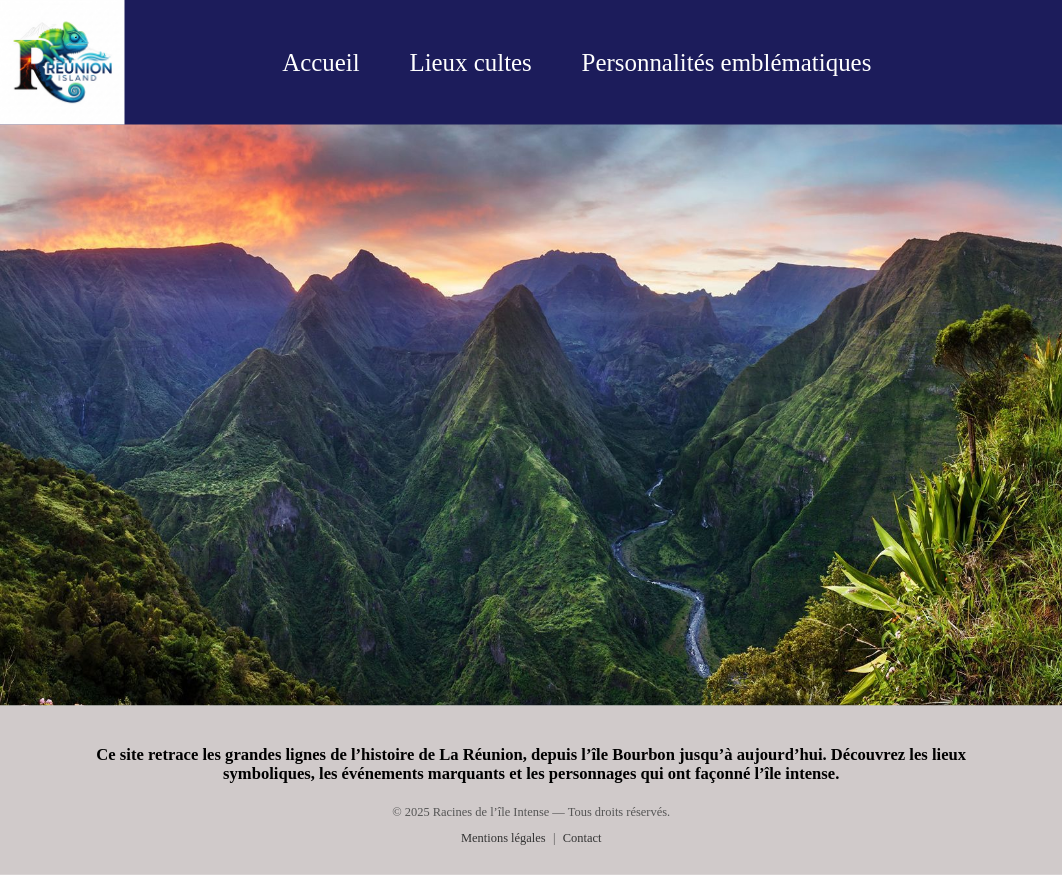
Repository: racinesintense974/Racines-de-lile-intense
Page: mafate.html
The author's editor kept a copy of each file at every save. The page is drawn from the files as they stood at one save, then again after a run of saves.
The browser window is 1280 px wide. The pictures show the whole page, at 83% of full size.

Above is the page before, as saved 2026-01-29 13:54:13.

After the next 2 saves:
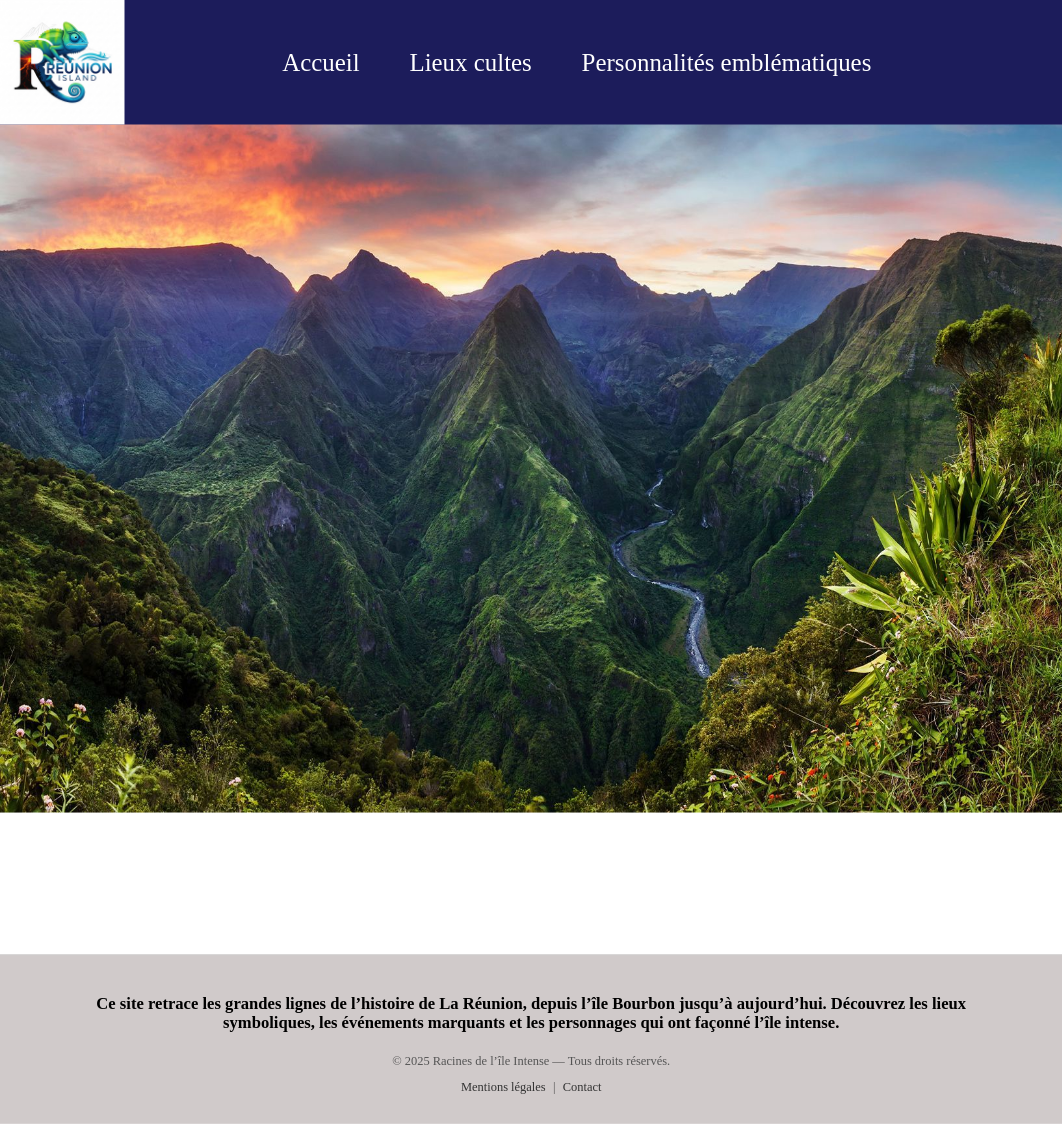
The 2 saves are shown as one change because they came seconds apart.
The last was saved 9 s later.
--- a/css/mafate.css
+++ b/css/mafate.css
@@ -87,7 +87,7 @@
   font-size: 15px;
   color: #555;
   border-top: 1px solid #ccc;
-  margin-top: 700px;
+  margin-top: 1000px;
    box-sizing: border-box;
 
 }
